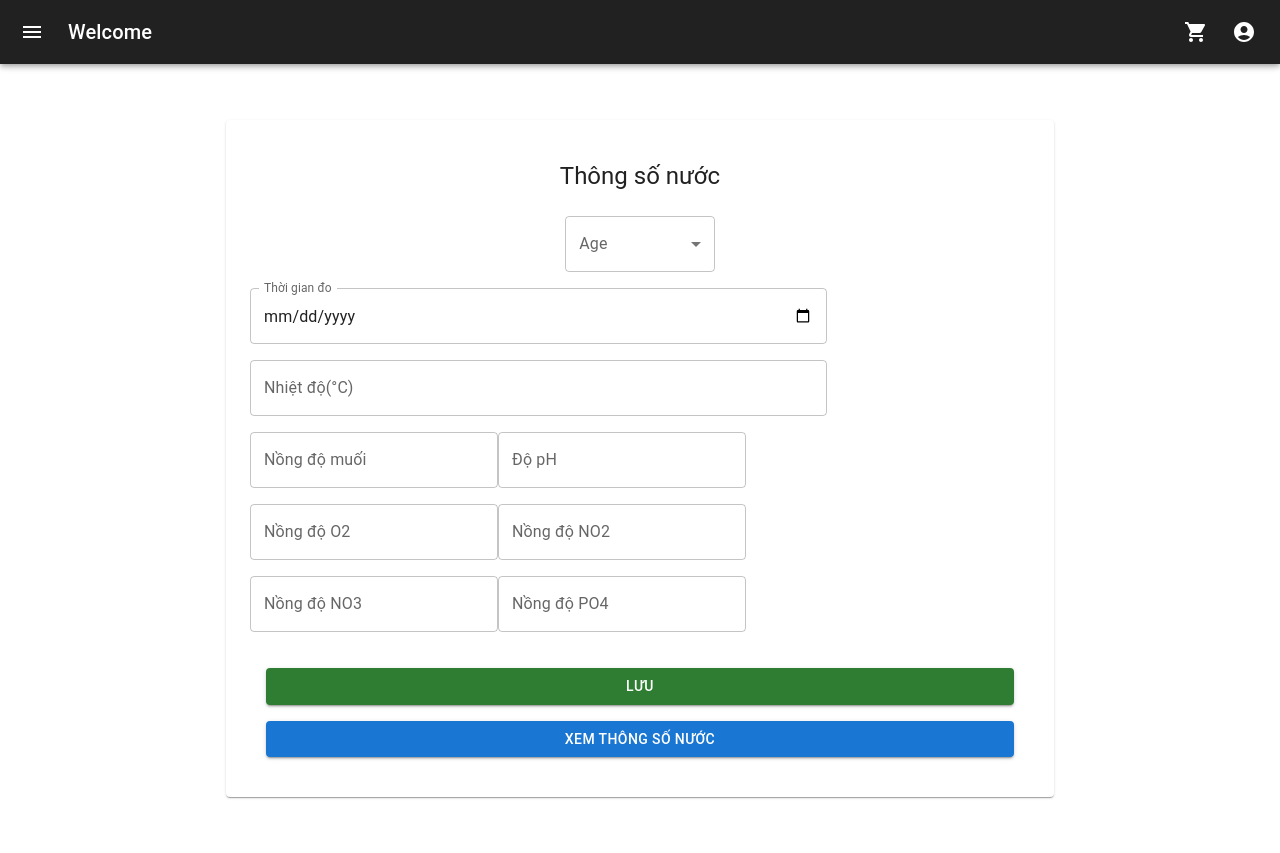
Repository: huynguyenj/KOICARE_FRONTEND
Page: /userhome/param (app in kcs-frontend/)
An editor plug-in stored every save of this project. The page is shown before and after the next save, followed by the edit.
The browser window is 1280 px wide. The pictures show the whole page.
The project was rebuilt for these pictures with package versions that can differ from the ones it lists, and the page was loaded fresh each time. Also part of the build but not shown: kcs-frontend/vite.config.js, kcs-frontend/src/components/Header/Header.css, kcs-frontend/src/components/Header/Header.jsx, kcs-frontend/src/components/Footer/Footer.jsx, kcs-frontend/src/components/Footer/FooterEnd.jsx, kcs-frontend/src/components/Footer/FooterCR.jsx, kcs-frontend/src/components/Footer/Footer1.jsx, kcs-frontend/src/pages/Guest/Home/Home.jsx and 38 more.

Above is the page before, as saved 2024-10-26 14:56:25.

After the next save:
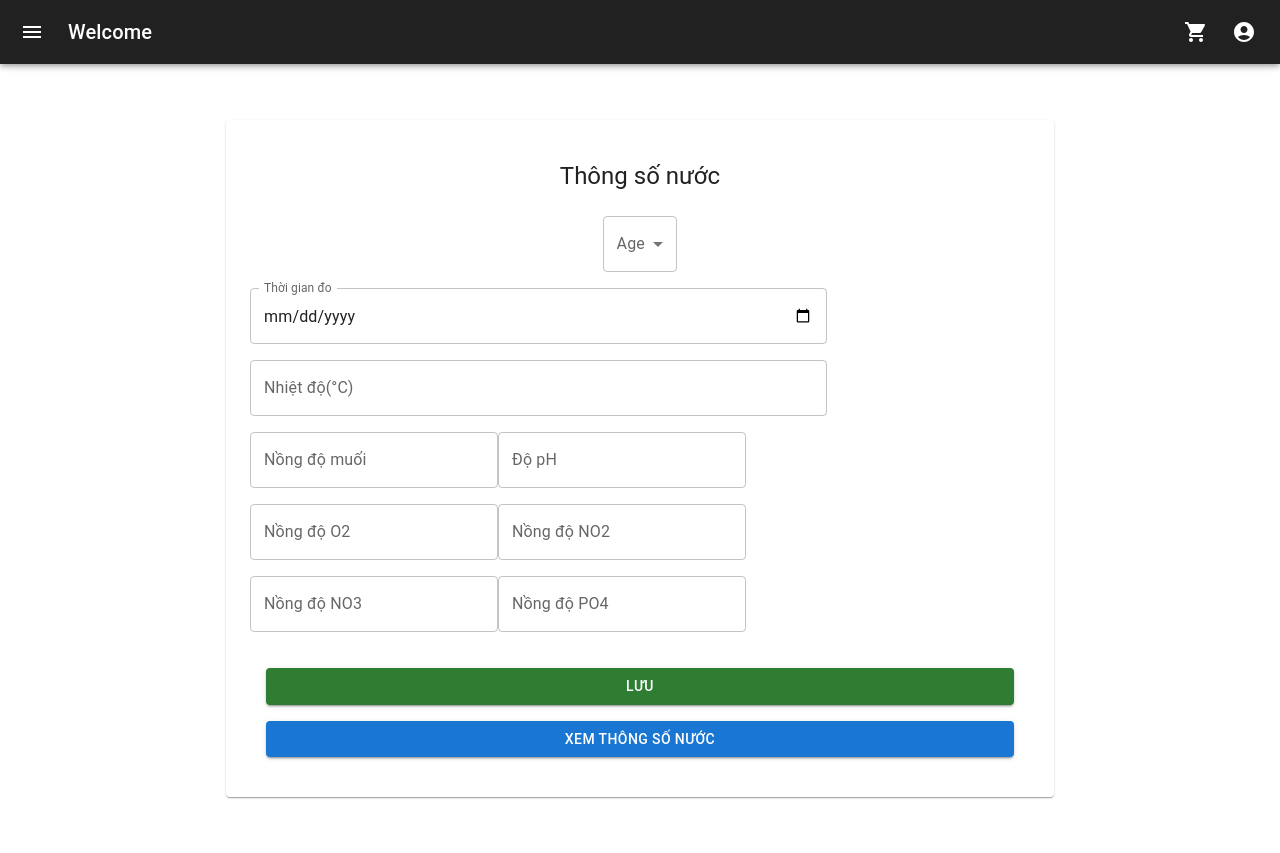
Saved 8 s later.
--- a/kcs-frontend/src/pages/Calculate/WaterParam/AddWaterParam.jsx
+++ b/kcs-frontend/src/pages/Calculate/WaterParam/AddWaterParam.jsx
@@ -91,7 +91,7 @@ function AddWaterParam() {
           <Typography variant="h5" sx={{ mb: 3 }}>
             Thông số nước
           </Typography>
-          <FormControl sx={{width:"20%", mb:4}}>
+          <FormControl sx={{width:"10%", mb:4}}>
         <InputLabel id="demo-simple-select-label">Age</InputLabel>
         <Select
           labelId="demo-simple-select-label"
